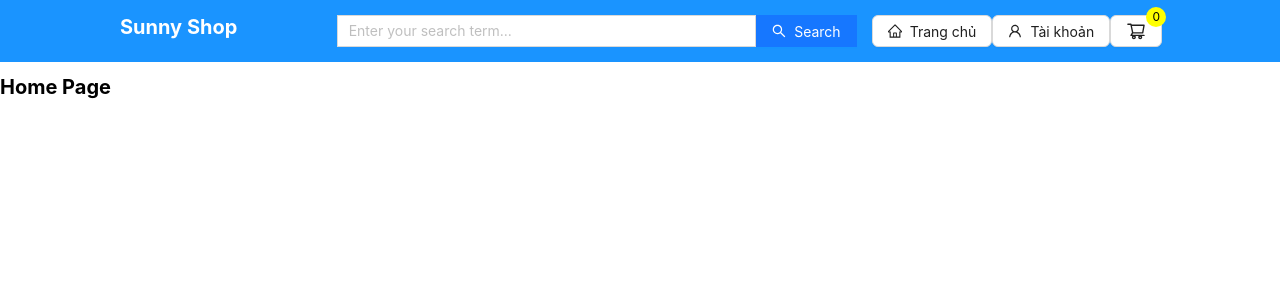
Repository: manhhieu120499/E-Commerce
Page: /
The author's editor kept a copy of each file at every save. The page is drawn from the files as they stood at one save, then again after the next save.
The browser window is 1280 px wide. The pictures show the whole page.
The project was rebuilt for these pictures with package versions that can differ from the ones it lists, and the page was loaded fresh each time. Also part of the build but not shown: src/pages/product/Product.js, src/pages/order/Order.js, src/pages/notFound/NotFound.js, src/layouts/NormalLayout/NormalLayout.js.

Above is the page before, as saved 2025-01-01 12:35:36.

After the next save:
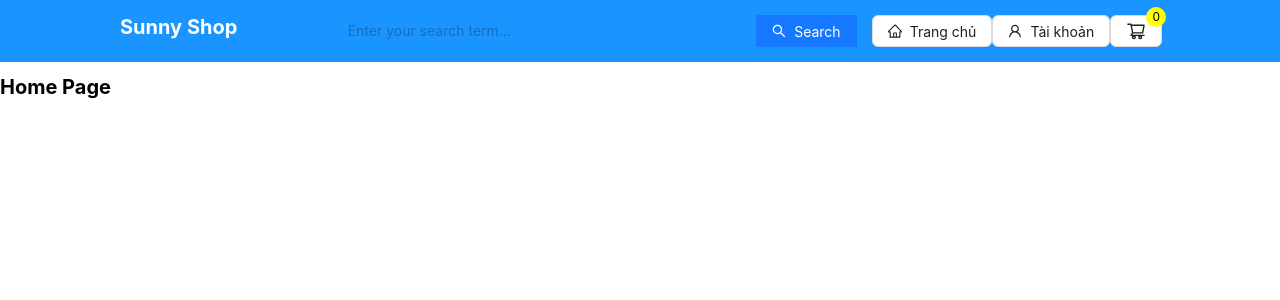
Saved 2 min 32 s later.
--- a/src/components/ButtonInputSearch/ButtonInputSearch.js
+++ b/src/components/ButtonInputSearch/ButtonInputSearch.js
@@ -15,6 +15,7 @@ function ButtonInputSearch({
         placeholder={placeholder}
         style={{ borderRadius: 0 }}
         onChange={onChange}
+        bordered={false}
       />
       <Button
         size={size}
